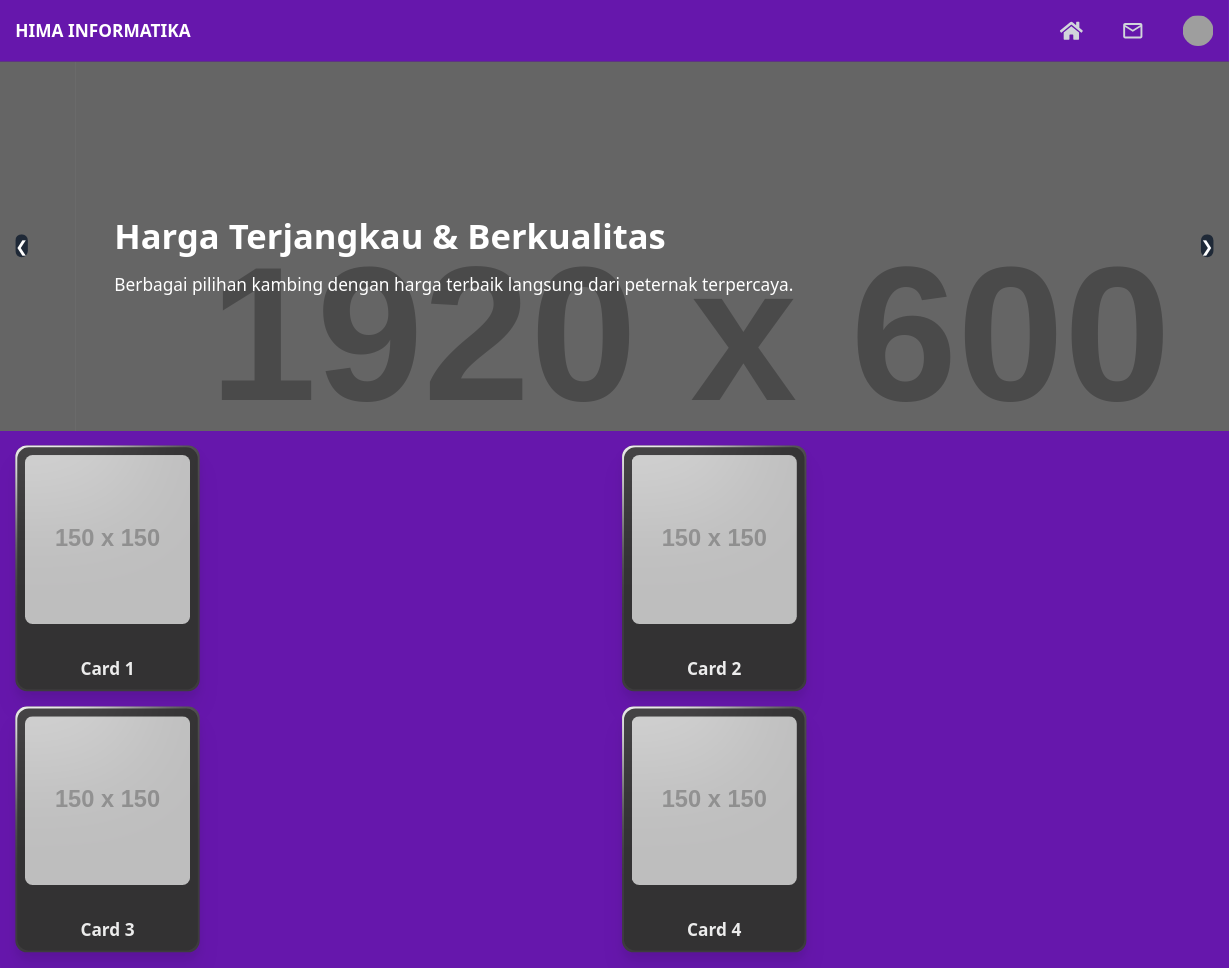
Repository: MUHAMADTEGARWIJAYA/himaif
Page: /
An editor plug-in stored every save of this project. The page is shown before and after the next save, followed by the edit.
The browser window is 1280 px wide. The pictures show the whole page, at 96% of full size.
Pictures or frames that could not be fetched are drawn as grey boxes. The project was rebuilt for these pictures with package versions that can differ from the ones it lists, and the page was loaded fresh each time. Also part of the build but not shown: vite.config.js.

Above is the page before, as saved 2024-12-21 12:40:56.

After the next save:
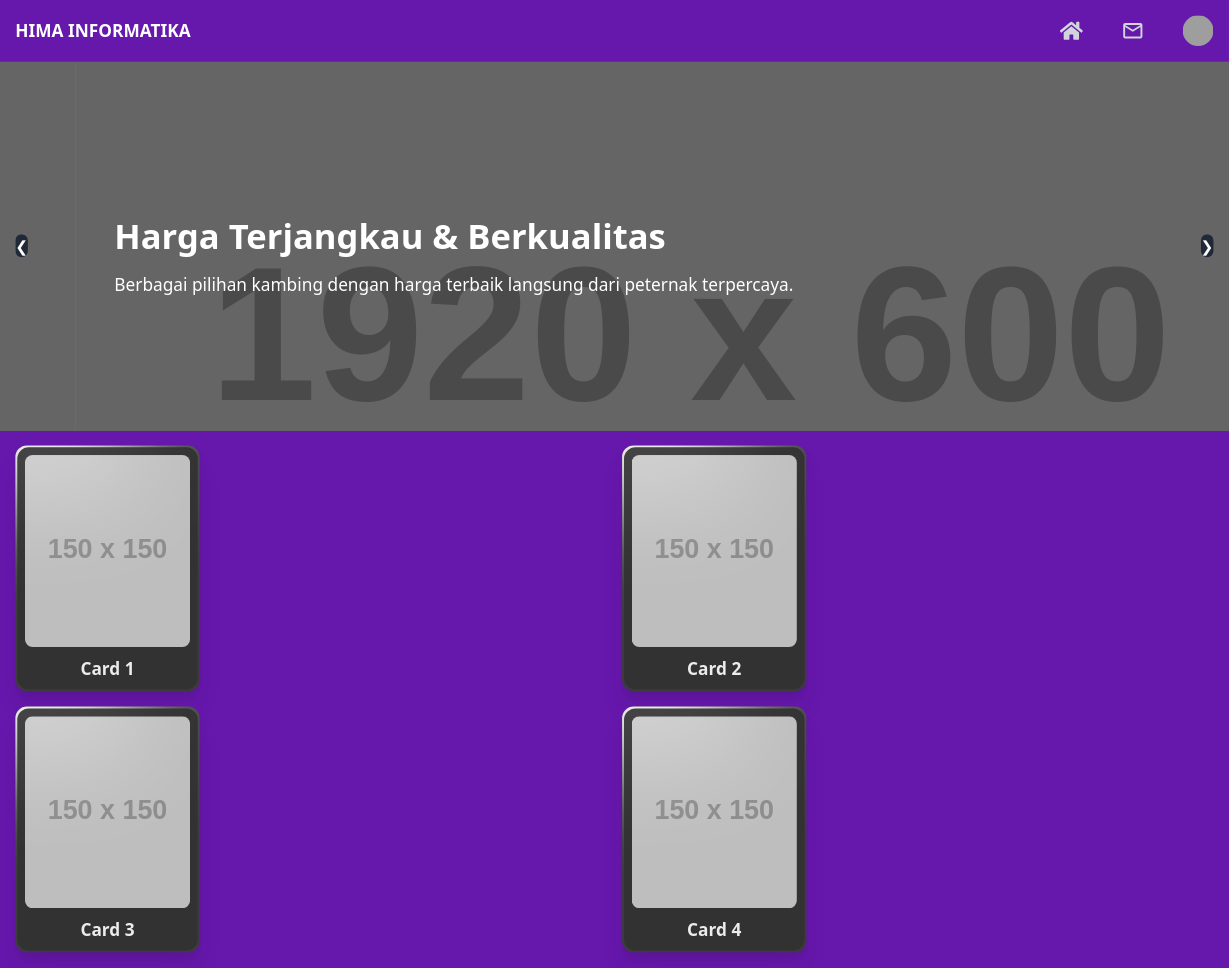
Saved 9 s later.
--- a/src/pages/Members.jsx
+++ b/src/pages/Members.jsx
@@ -8,7 +8,7 @@ const Card = ({ title, image }) => {
         <img
           src={image}
           alt={title}
-          className="w-full h-44 object-cover rounded-lg"
+          className="w-full h-52 object-cover rounded-lg"
         />
         <h3 className="text-lg font-semibold mt-2">{title}</h3>
       </div>
